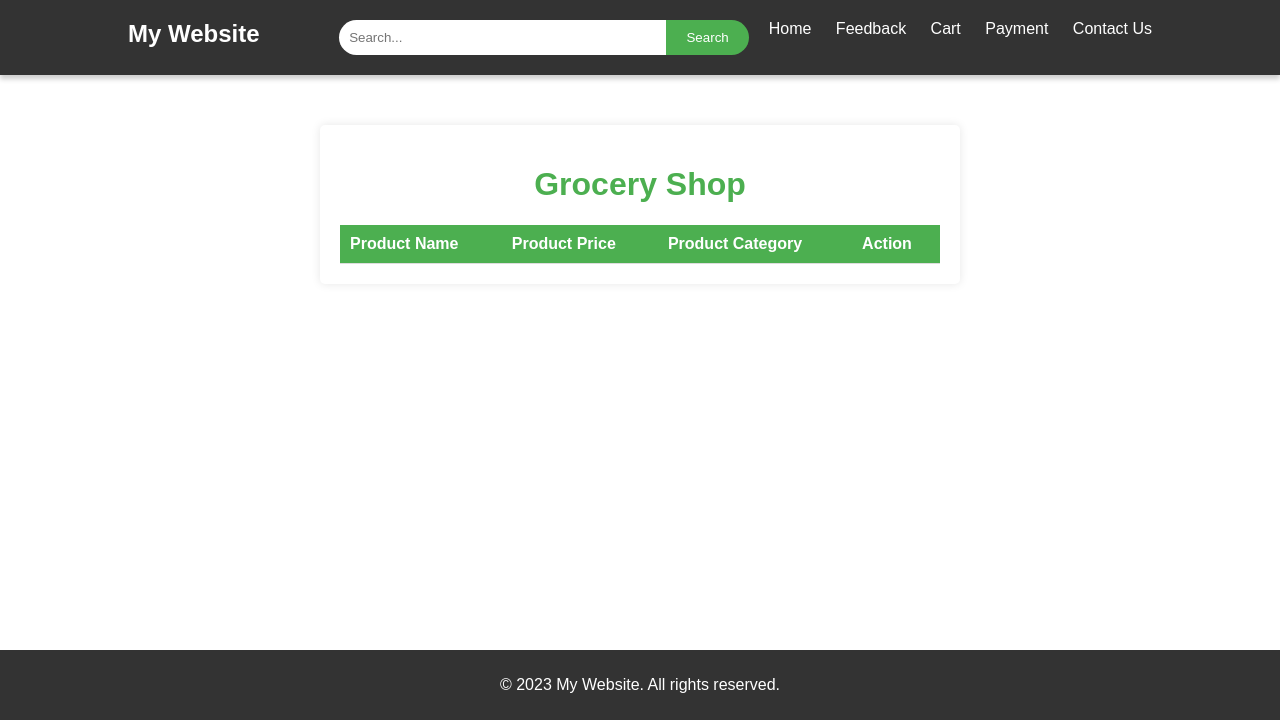
Repository: UrinduYatawakaa/OOP_project
Page: http://localhost/ProductDemo/categoryServlet?category=Beverages
These files come from the project's save history. The page is drawn as it stood at one moment and after the next save; the edit follows.
The browser window is 1280 px wide. The pictures show the whole page.
The page is served by Tomcat 9. Queries for data that is not in the repository find no rows.

Above is the page before, as saved 2023-10-25 09:25:57.

After the next save:
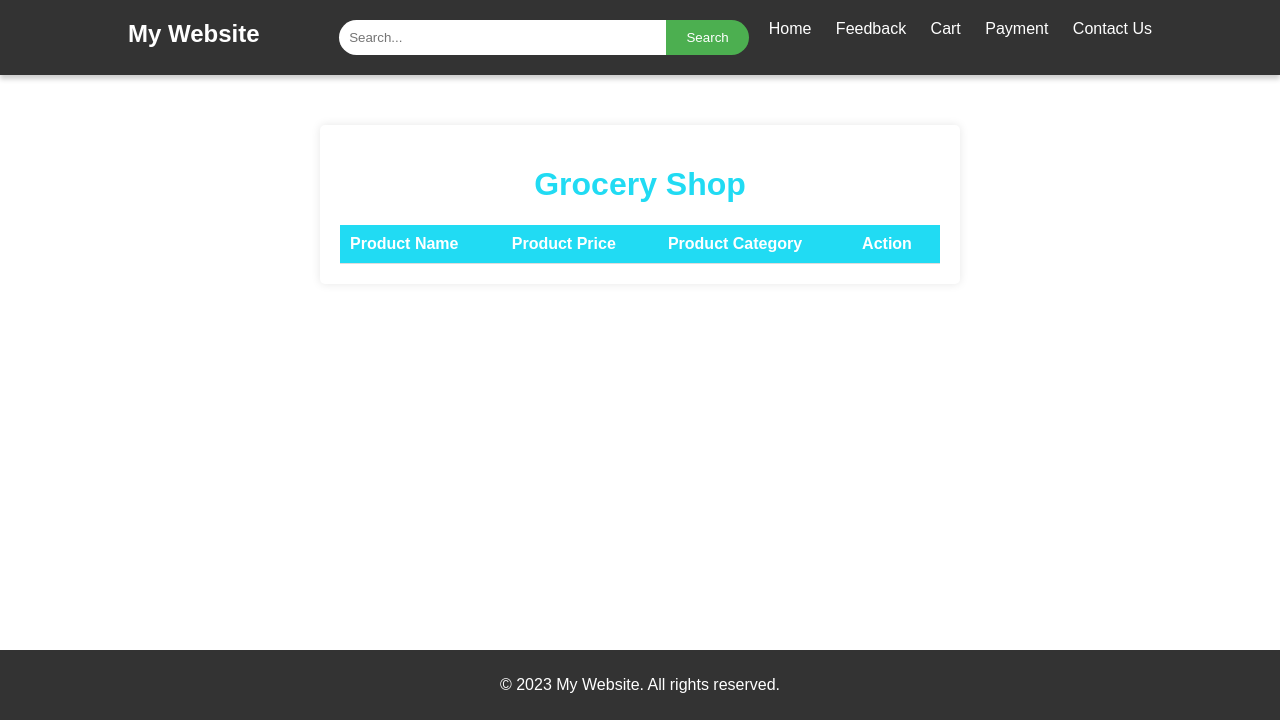
Saved 4 min 29 s later.
--- a/oop project/ProductDemo/src/main/webapp/css/category.css
+++ b/oop project/ProductDemo/src/main/webapp/css/category.css
@@ -20,7 +20,7 @@
 
 .container2 h1 {
     text-align: center;
-    color: #4CAF50;
+    color: #21dbf3;
 }
 
 .cart {
@@ -36,7 +36,7 @@
 }
 
 .cart th {
-    background-color: #4CAF50;
+    background-color: #21dbf3;
     color: #fff;
 }
 
@@ -48,7 +48,7 @@
     display: block;
     width: 100px;
     text-align: center;
-    background-color: #4CAF50;
+    background-color: #21dbf3;
     color: #fff;
     padding: 8px 10px;
     text-decoration: none;

After the save that followed:
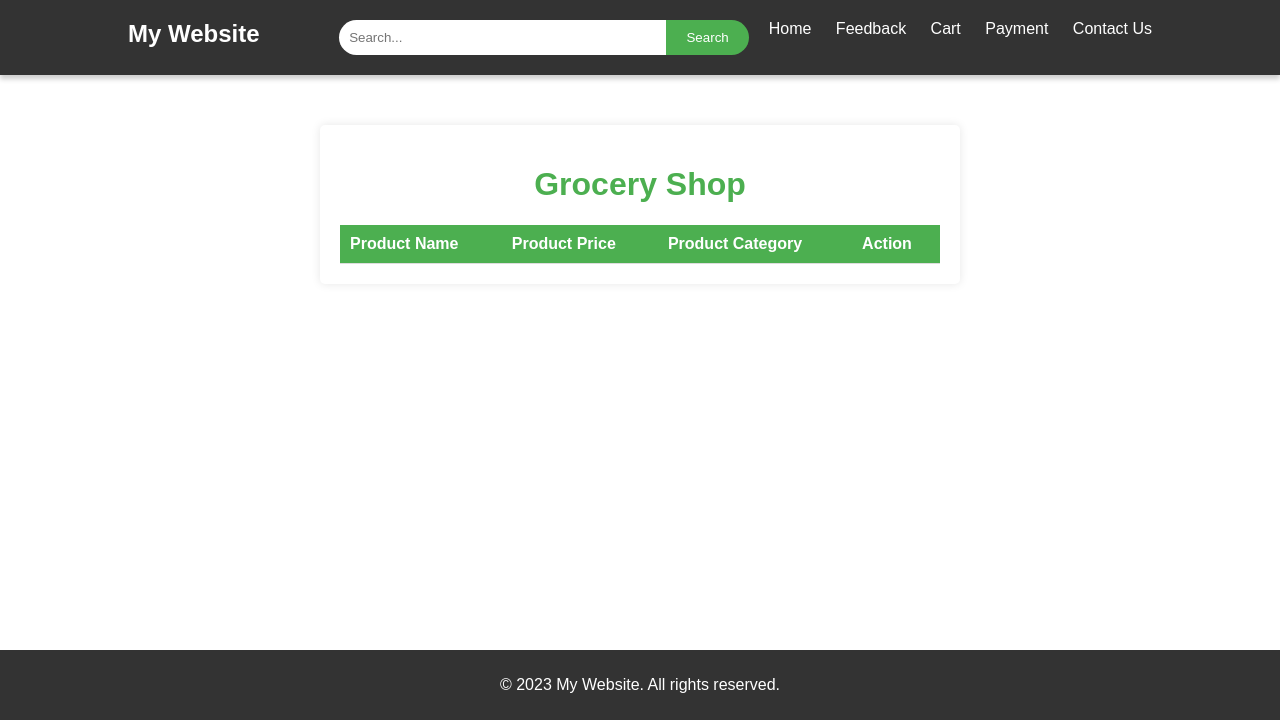
Saved 118 s later.
--- a/oop project/ProductDemo/src/main/webapp/css/category.css
+++ b/oop project/ProductDemo/src/main/webapp/css/category.css
@@ -20,7 +20,7 @@
 
 .container2 h1 {
     text-align: center;
-    color: #21dbf3;
+    color: #4CAF50;
 }
 
 .cart {
@@ -36,7 +36,7 @@
 }
 
 .cart th {
-    background-color: #21dbf3;
+    background-color: #4CAF50;
     color: #fff;
 }
 
@@ -48,7 +48,7 @@
     display: block;
     width: 100px;
     text-align: center;
-    background-color: #21dbf3;
+    background-color: #4CAF50;
     color: #fff;
     padding: 8px 10px;
     text-decoration: none;
